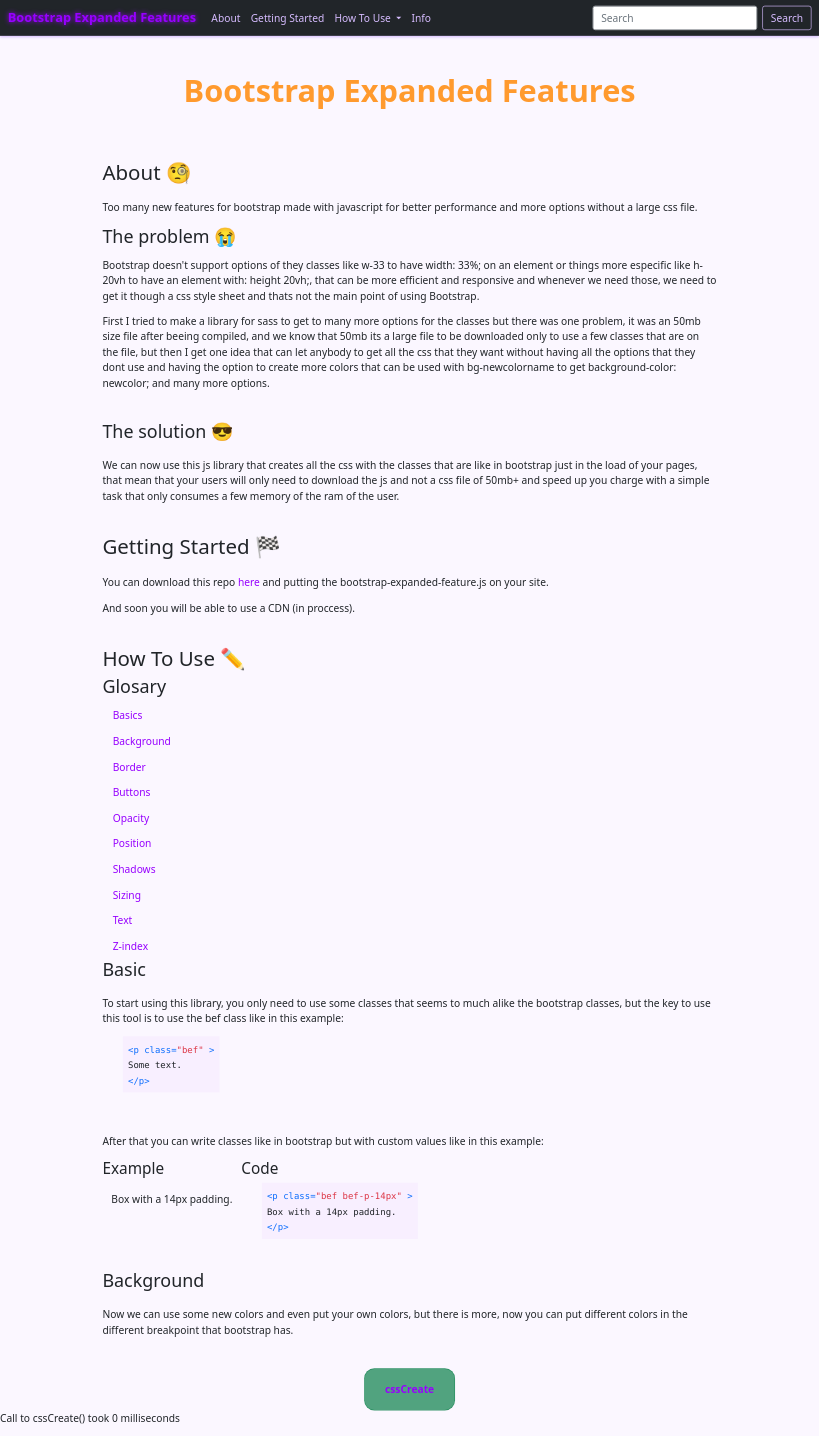
Repository: LynxPardelle/bootstrap-expanded-features
Page: index.html
The author's editor kept a copy of each file at every save. The page is drawn from the files as they stood at one save, then again after the next save.
The browser window is 1280 px wide. The pictures show the whole page, at 64% of full size.

Above is the page before, as saved 2022-01-02 05:39:18.

### index.html
<!DOCTYPE html>
<html lang="es">
  <head>
    <meta charset="UTF-8" />
    <meta http-equiv="X-UA-Compatible" content="IE=edge" />
    <meta name="viewport" content="width=device-width, initial-scale=1.0" />
    <title>Bootstrap Expanded Features</title>
    <link
      href="https://cdn.jsdelivr.net/npm/bootstrap@5.1.3/dist/css/bootstrap.min.css"
      rel="stylesheet"
      integrity="sha384-1BmE4kWBq78iYhFldvKuhfTAU6auU8tT94WrHftjDbrCEXSU1oBoqyl2QvZ6jIW3"
      crossorigin="anonymous"
    />
    <link rel="stylesheet" href="./style.css" />
  </head>
  <body class="bef bef-bg-futurePop__OPA__0_03">
    <header>
      <nav
        class="
          navbar navbar-expand-lg navbar-dark
          bg-dark
          align-items-center
          bef
          bef-boxShadow-0px__2px__4px__lavender
          position-fixed
          top-0
          w-100
        "
      >
        <div class="container-fluid">
          <a
            class="
              navbar-brand
              bef bef-text-futurePop
              fw-bolder
              bef-textShadow-0px__0px__8px__futurePop
            "
            href="#"
            >Bootstrap Expanded Features</a
          >
          <button
            class="navbar-toggler"
            type="button"
            data-bs-toggle="collapse"
            data-bs-target="#navbarSupportedContent"
            aria-controls="navbarSupportedContent"
            aria-expanded="false"
            aria-label="Toggle navigation"
          >
            <span class="navbar-toggler-icon"></span>
          </button>
          <div class="collapse navbar-collapse" id="navbarSupportedContent">
            <ul class="navbar-nav me-auto mb-lg-0">
              <li class="nav-item">
                <a class="nav-link bef bef-text-lavender" href="#about"
                  >About</a
                >
              </li>
              <li class="nav-item">
                <a
                  class="nav-link bef bef-text-lavender"
                  href="#getting_started"
                  >Getting Started</a
                >
              </li>
              <li class="nav-item dropdown">
                <a
                  class="nav-link bef bef-text-lavender dropdown-toggle"
                  href="#howToUse"
                  id="navbarDropdown"
                  role="button"
                  data-bs-toggle="dropdown"
                  aria-expanded="false"
                >
                  How To Use
                </a>
                <ul
                  class="dropdown-menu dropdown-menu-dark"
                  aria-labelledby="navbarDropdown"
                >
                  <li>
                    <a class="dropdown-item bef bef-text-lavender" href="#"
                      >Action</a
                    >
                  </li>
                  <li>
                    <a class="dropdown-item bef bef-text-lavender" href="#"
                      >Another action</a
                    >
                  </li>
                  <li><hr class="dropdown-divider" /></li>
                  <li>
                    <a class="dropdown-item bef bef-text-lavender" href="#"
                      >Something else here</a
                    >
                  </li>
                </ul>
              </li>
              <li class="nav-item">
                <a class="nav-link bef bef-text-lavender" href="#Info">Info</a>
              </li>
            </ul>
            <form class="d-flex">
              <input
                id="searchInput"
                class="form-control me-2"
                type="search"
                placeholder="Search"
                aria-label="Search"
              />
              <button class="btn bef bef-btnOutline-lavender">Search</button>
            </form>
          </div>
        </div>
      </nav>

      <h1
        class="
          text-center
          d-block
          bef bef-w-85vw bef-w-md-75vw bef-fs-2rem bef-fs-md-3rem
          bef-m-7rem__auto__5rem
          bef-text-summer
          fw-bolder
        "
      >
        Bootstrap Expanded Features
      </h1>
    </header>

    <div>
      <main class="bef bef-w-85vw bef-wmx-1000px bef-w-md-75vw mx-auto">
        <!-- ABOUT -->
        <section>
          <a id="about"></a>
          <h2>About 🧐</h2>
          <article>
            <p class="mt-4 mb-3 text-start">
              Too many new features for bootstrap made with javascript for
              better performance and more options without a large css file.
            </p>
          </article>
          <!-- THE_PROBLEM -->
          <article>
            <h3>The problem 😭</h3>
            <p class="my-3 text-start">
              Bootstrap doesn't support options of they classes like w-33 to
              have width: 33%; on an element or things more especific like
              h-20vh to have an element with: height 20vh;, that can be more
              efficient and responsive and whenever we need those, we need to
              get it though a css style sheet and thats not the main point of
              using Bootstrap.
            </p>
            <p class="mt-3 mb-5 text-start">
              First I tried to make a library for sass to get to many more
              options for the classes but there was one problem, it was an 50mb
              size file after beeing compiled, and we know that 50mb its a large
              file to be downloaded only to use a few classes that are on the
              file, but then I get one idea that can let anybody to get all the
              css that they want without having all the options that they dont
              use and having the option to create more colors that can be used
              with bg-newcolorname to get background-color: newcolor; and many
              more options.
            </p>
          </article>
          <!-- THE_SOLUTION -->
          <article>
            <h3>The solution 😎</h3>
            <p class="mt-4 mb-5 text-start">
              We can now use this js library that creates all the css with the
              classes that are like in bootstrap just in the load of your pages,
              that mean that your users will only need to download the js and
              not a css file of 50mb+ and speed up you charge with a simple task
              that only consumes a few memory of the ram of the user.
            </p>
          </article>
        </section>
        <!-- GETTING_STARTED -->
        <section>
          <a id="getting_started"></a>
          <h2>Getting Started 🏁</h2>
          <article>
            <p class="mt-4 mb-3 text-start bef bef-link-futurePop">
              You can download this repo
              <a
                class="text-decoration-none"
                href="https://github.com/LynxPardelle/bootstrap-expanded-features.git"
                target="_blank"
                >here</a
              >
              and putting the bootstrap-expanded-feature.js on your site.
            </p>
            <p class="mt-3 mb-5 text-start bef bef-link-futurePop">
              And soon you will be able to use a CDN (in proccess).
            </p>
          </article>
        </section>
        <!-- HOW_TO_USE -->
        <section>
          <a id="howToUse"></a>
          <h2>How To Use ✏️</h2>
          <article>
            <h3>Glosary</h3>
            <ul class="nav flex-column bef bef-link-futurePop">
              <li class="nav-item">
                <a class="nav-link" href="#basicHTU">Basics</a>
              </li>
              <li class="nav-item">
                <a class="nav-link" href="#backgroundHTU">Background</a>
              </li>
              <li class="nav-item">
                <a class="nav-link" href="#borderHTU">Border</a>
              </li>
              <li class="nav-item">
                <a class="nav-link" href="#buttonsHTU">Buttons</a>
              </li>
              <li class="nav-item">
                <a class="nav-link" href="#opacityHTU">Opacity</a>
              </li>
              <li class="nav-item">
                <a class="nav-link" href="#positionHTU">Position</a>
              </li>
              <li class="nav-item">
                <a class="nav-link" href="#shadowsHTU">Shadows</a>
              </li>
              <li class="nav-item">
                <a class="nav-link" href="#sizingHTU">Sizing</a>
              </li>
              <li class="nav-item">
                <a class="nav-link" href="#textHTU">Text</a>
              </li>
              <li class="nav-item">
                <a class="nav-link" href="#zIndexHTU">Z-index</a>
              </li>
            </ul>
          </article>
          <!-- BASICHTU -->
          <article>
            <a id="basicHTU"></a>
            <h3>Basic</h3>
            <p class="mt-4 mb-3 text-start bef bef-link-futurePop">
              To start using this library, you only need to use some classes
              that seems to much alike the bootstrap classes, but the key to use
              this tool is to use the bef class like in this example:
            </p>
            <p class="d-inline-block p-2 bef bef-m-0rem__2rem__3rem__2rem bef-bg-futurePop__OPA__0_03">
              <code class="text-dark">
                <span class="text-primary">
                  &#60;p class=<span class="text-danger">"bef"</span> &#62;
                </span>
                <br />
                <span>
                  Some text.
                </span>
                <br />
                <span class="text-primary">
                  &#60;&#47;p&#62;
                </span>
              </code>
            </p>
            <p class="mt-3 mb-3 text-start bef bef-link-futurePop">
              After that you can write classes like in bootstrap but with custom values like in this example:
            </p>
            <div class="d-flex">
              <div>
                <h4>Example</h4>
                <p class="bef bef-p-14px">
                  Box with a 14px padding.
                </p>
              </div>
              <div>
                <h4>Code</h4>
                <p class="d-inline-block p-2 bef bef-m-0rem__2rem__3rem__2rem bef-bg-futurePop__OPA__0_03">
                  <code class="text-dark">
                    <span class="text-primary">
                      &#60;p class=<span class="text-danger">"bef bef-p-14px"</span> &#62;
                    </span>
                    <br />
                    <span>
                      Box with a 14px padding.
                    </span>
                    <br />
                    <span class="text-primary">
                      &#60;&#47;p&#62;
                    </span>
                  </code>
                </p>
              </div>

            </div>
          </article>
          <article>
            <a id="backgroundHTU"></a>
            <h3>Background</h3>
            <p class="mt-4 mb-5 text-start bef bef-link-futurePop">
              Now we can use some new colors and even put your own colors, but
              there is more, now you can put different colors in the different
              breakpoint that bootstrap has.
            </p>
          </article>
        </section>
      </main>
      <aside></aside>
    </div>

    <footer>
      <a id="#info"></a>
      <button
        class="
          btn
          bef
          bef-btn-success__OPA__0_75
          bef-text-futurePop
          fw-bold
          d-block
          mx-auto
          bef-p-1_25rem__2rem
          bef-rounded-1rem
        "
        onclick="cssCreate()"
      >
        cssCreate
      </button>

      <div id="befTimer"></div>
    </footer>

    <!-- TABS
      <nav>
              <div class="nav nav-tabs" id="nav-tab" role="tablist">
                <button
                  class="
                    nav-link
                    active
                    bef bef-text-futurePop bef-textHover-lavender
                    bef-bg-futurePop__OPA__0_03
                  "
                  id="nav-background-tab"
                  data-bs-toggle="tab"
                  data-bs-target="#nav-background"
                  type="button"
                  role="tab"
                  aria-controls="nav-background"
                  aria-selected="false"
                >
                  Background
                </button>
                <button
                  class="
                    nav-link
                    bef bef-text-dark bef-textHover-lavender
                    bef-bg-futurePop__OPA__0
                  "
                  id="nav-border-tab"
                  data-bs-toggle="tab"
                  data-bs-target="#nav-border"
                  type="button"
                  role="tab"
                  aria-controls="nav-border"
                  aria-selected="false"
                >
                  Border
                </button>
                <button
                  class="
                    nav-link
                    bef bef-text-dark bef-textHover-lavender
                    bef-bg-futurePop__OPA__0
                  "
                  id="nav-buttons-tab"
                  data-bs-toggle="tab"
                  data-bs-target="#nav-buttons"
                  type="button"
                  role="tab"
                  aria-controls="nav-buttons"
                  aria-selected="false"
                >
                  Buttons
                </button>
                <button
                  class="
                    nav-link
                    bef bef-text-dark bef-textHover-lavender
                    bef-bg-futurePop__OPA__0
                  "
                  id="nav-opacity-tab"
                  data-bs-toggle="tab"
                  data-bs-target="#nav-opacity"
                  type="button"
                  role="tab"
                  aria-controls="nav-opacity"
                  aria-selected="false"
                >
                  Opacity
                </button>
                <button
                  class="
                    nav-link
                    bef bef-text-dark bef-textHover-lavender
                    bef-bg-futurePop__OPA__0
                  "
                  id="nav-position-tab"
                  data-bs-toggle="tab"
                  data-bs-target="#nav-position"
                  type="button"
                  role="tab"
                  aria-controls="nav-position"
                  aria-selected="false"
                >
                  Position
                </button>
                <button
                  class="
                    nav-link
                    bef bef-text-dark bef-textHover-lavender
                    bef-bg-futurePop__OPA__0
                  "
                  id="nav-shadows-tab"
                  data-bs-toggle="tab"
                  data-bs-target="#nav-shadows"
                  type="button"
                  role="tab"
                  aria-controls="nav-shadows"
                  aria-selected="false"
                >
                  Shadows
                </button>
                <button
                  class="
                    nav-link
                    bef bef-text-dark bef-textHover-lavender
                    bef-bg-futurePop__OPA__0
                  "
                  id="nav-sizing-tab"
                  data-bs-toggle="tab"
                  data-bs-target="#nav-sizing"
                  type="button"
                  role="tab"
                  aria-controls="nav-sizing"
                  aria-selected="true"
                >
                  Sizing
                </button>
                <button
                  class="
                    nav-link
                    bef bef-text-dark bef-textHover-lavender
                    bef-bg-futurePop__OPA__0
                  "
                  id="nav-text-tab"
                  data-bs-toggle="tab"
                  data-bs-target="#nav-text"
                  type="button"
                  role="tab"
                  aria-controls="nav-text"
                  aria-selected="false"
                >
                  Text
                </button>
                <button
                  class="
                    nav-link
                    bef bef-text-dark bef-textHover-lavender
                    bef-bg-futurePop__OPA__0
                  "
                  id="nav-z-index-tab"
                  data-bs-toggle="tab"
                  data-bs-target="#nav-z-index"
                  type="button"
                  role="tab"
                  aria-controls="nav-z-index"
                  aria-selected="false"
                >
                  Z-index
                </button>
              </div>
            </nav>
            <div class="tab-content" id="nav-tabContent">
              <div
                class="tab-pane fade show active mt-3 mb-5"
                id="nav-background"
                role="tabpanel"
                aria-labelledby="nav-background-tab"
              >
                <h3 class="text-center">Background</h3>

                <p>
                  Now we can use some new colors and even put your own colors,
                  but there is more, now you can put diferent colors in the
                  diferent breakpoint that bootstrap has.
                </p>
              </div>
              <div
                class="tab-pane fade"
                id="nav-border"
                role="tabpanel"
                aria-labelledby="nav-border-tab"
              >
                Border
              </div>
              <div
                class="tab-pane fade"
                id="nav-buttons"
                role="tabpanel"
                aria-labelledby="nav-buttons-tab"
              >
                Buttons
              </div>
              <div
                class="tab-pane fade"
                id="nav-opacity"
                role="tabpanel"
                aria-labelledby="nav-opacity-tab"
              >
                Opacity
              </div>
              <div
                class="tab-pane fade"
                id="nav-position"
                role="tabpanel"
                aria-labelledby="nav-position-tab"
              >
                Position
              </div>
              <div
                class="tab-pane fade"
                id="nav-shadows"
                role="tabpanel"
                aria-labelledby="nav-shadows-tab"
              >
                Shadows
              </div>
              <div
                class="tab-pane fade"
                id="nav-sizing"
                role="tabpanel"
                aria-labelledby="nav-sizing-tab"
              >
                Sizing
              </div>
              <div
                class="tab-pane fade"
                id="nav-text"
                role="tabpanel"
                aria-labelledby="nav-text-tab"
              >
                Text
              </div>
              <div
                class="tab-pane fade"
                id="nav-z-index"
                role="tabpanel"
                aria-labelledby="nav-z-index-tab"
              >
                Z-Index
              </div>
            </div>
-->

    <!--
Classes:
w width
h height
wmx max-width
hmx max-height
wmn min-width
hmn min-height
rounded border-radius
z z-index
opacity opacity
top top
bottom bottom
end left
start right
fs font-size
lh line-height
gap gap
p padding
m margin
border border-width
borderStyle border-style

bg background-color
text color
link a color
borderColor border-color
btn background-color border-color box-shadow
btnOutline border-color box-shadow
boxShadow box-shadow
textShadow text-shadow

Sides:
s left
e right
t top
b bottom
x left & right
y top & bottom

BreakPoints:
sm 576
md 768
lg 992
xl 1200
xxl 1400
-->
    <script
      src="https://cdn.jsdelivr.net/npm/bootstrap@5.1.3/dist/js/bootstrap.bundle.min.js"
      integrity="sha384-ka7Sk0Gln4gmtz2MlQnikT1wXgYsOg+OMhuP+IlRH9sENBO0LRn5q+8nbTov4+1p"
      crossorigin="anonymous"
    ></script>
    <script>
      var colors = {
        monster: "#00AA00",
        futurePop: "#9700FF",
      };
    </script>
    <script src="./bootstrap-expanded-features.js"></script>
    <script src="./bef-example-page.js"></script>
  </body>
</html>

### bef-example-page.js
"use strict";
var tabBackground = bootstrap.Tab.getOrCreateInstance(
  document.getElementById("nav-background")
); // Returns a Bootstrap tab instance
var tabButtonBackground = document.getElementById("nav-background-tab");
var tabBorder = bootstrap.Tab.getOrCreateInstance(
  document.getElementById("nav-border")
); // Returns a Bootstrap tab instance
var tabButtonBorder = document.getElementById("nav-border-tab");
var tabButtons = bootstrap.Tab.getOrCreateInstance(
  document.getElementById("nav-buttons")
); // Returns a Bootstrap tab instance
var tabButtonButtons = document.getElementById("nav-buttons-tab");
var tabOpacity = bootstrap.Tab.getOrCreateInstance(
  document.getElementById("nav-opacity")
); // Returns a Bootstrap tab instance
var tabButtonOpacity = document.getElementById("nav-opacity-tab");
var tabPosition = bootstrap.Tab.getOrCreateInstance(
  document.getElementById("nav-position")
); // Returns a Bootstrap tab instance
var tabButtonPosition = document.getElementById("nav-position-tab");
var tabShadows = bootstrap.Tab.getOrCreateInstance(
  document.getElementById("nav-shadows")
); // Returns a Bootstrap tab instance
var tabButtonShadows = document.getElementById("nav-shadows-tab");
var tabSizing = bootstrap.Tab.getOrCreateInstance(
  document.getElementById("nav-sizing")
); // Returns a Bootstrap tab instance
var tabButtonSizing = document.getElementById("nav-sizing-tab");
var tabText = bootstrap.Tab.getOrCreateInstance(
  document.getElementById("nav-text")
); // Returns a Bootstrap tab instance
var tabButtonText = document.getElementById("nav-text-tab");
var tabZIndex = bootstrap.Tab.getOrCreateInstance(
  document.getElementById("nav-z-index")
); // Returns a Bootstrap tab instance
var tabButtonZIndex = document.getElementById("nav-z-index-tab");

var tabEls = document.querySelectorAll('button[data-bs-toggle="tab"]');
for (let tabEl of tabEls) {
  console.log(tabEl);
  tabEl.addEventListener("shown.bs.tab", function (event) {
    // newly activated tab
    event.target;
    if (event.target.classList.contains("bef-text-dark")) {
      event.target.classList.remove("bef-text-dark");
    }
    if (event.target.classList.contains("bef-bg-futurePop__OPA__0")) {
      event.target.classList.remove("bef-bg-futurePop__OPA__0");
    }
    event.target.classList.add("bef-text-futurePop");
    event.target.classList.add("bef-bg-futurePop__OPA__0_03");
    // previous active tab
    event.relatedTarget;
    if (event.target.classList.contains("bef-text-futurePop")) {
      event.relatedTarget.classList.remove("bef-text-futurePop");
    }
    if (event.target.classList.contains("bef-bg-futurePop__OPA__0_03")) {
      event.relatedTarget.classList.remove("bef-bg-futurePop__OPA__0_03");
    }
    event.relatedTarget.classList.add("bef-text-dark");
    event.relatedTarget.classList.add("bef-bg-futurePop__OPA__0");
  });
}

Loaded but not shown: bootstrap-expanded-features.js (library); style.css (no stored copy; drawn as an empty file)

After the next save:
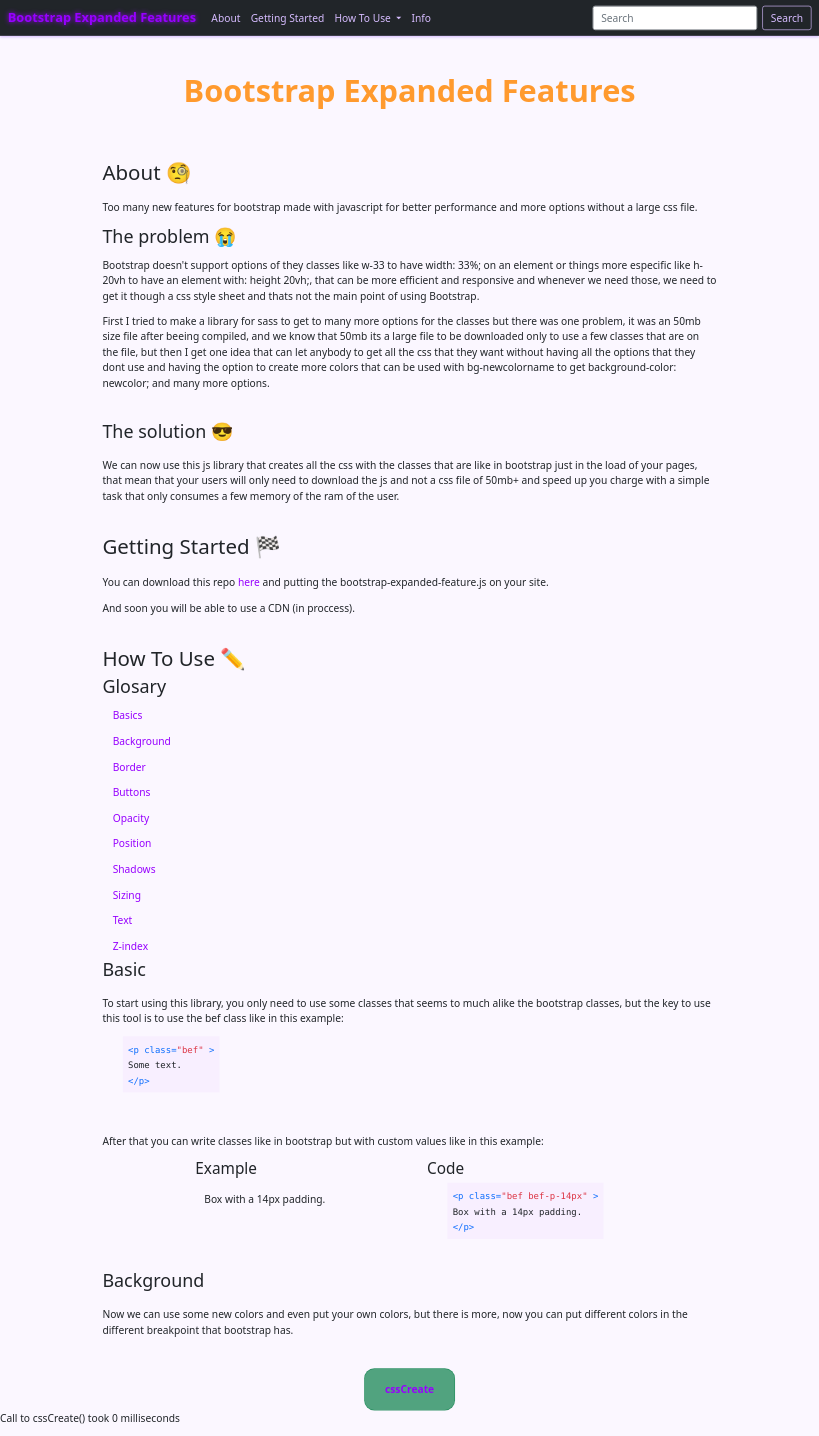
Saved 16 s later.
--- a/index.html
+++ b/index.html
@@ -261,7 +261,7 @@
             <p class="mt-3 mb-3 text-start bef bef-link-futurePop">
               After that you can write classes like in bootstrap but with custom values like in this example:
             </p>
-            <div class="d-flex">
+            <div class="d-flex justify-content-evenly">
               <div>
                 <h4>Example</h4>
                 <p class="bef bef-p-14px">
